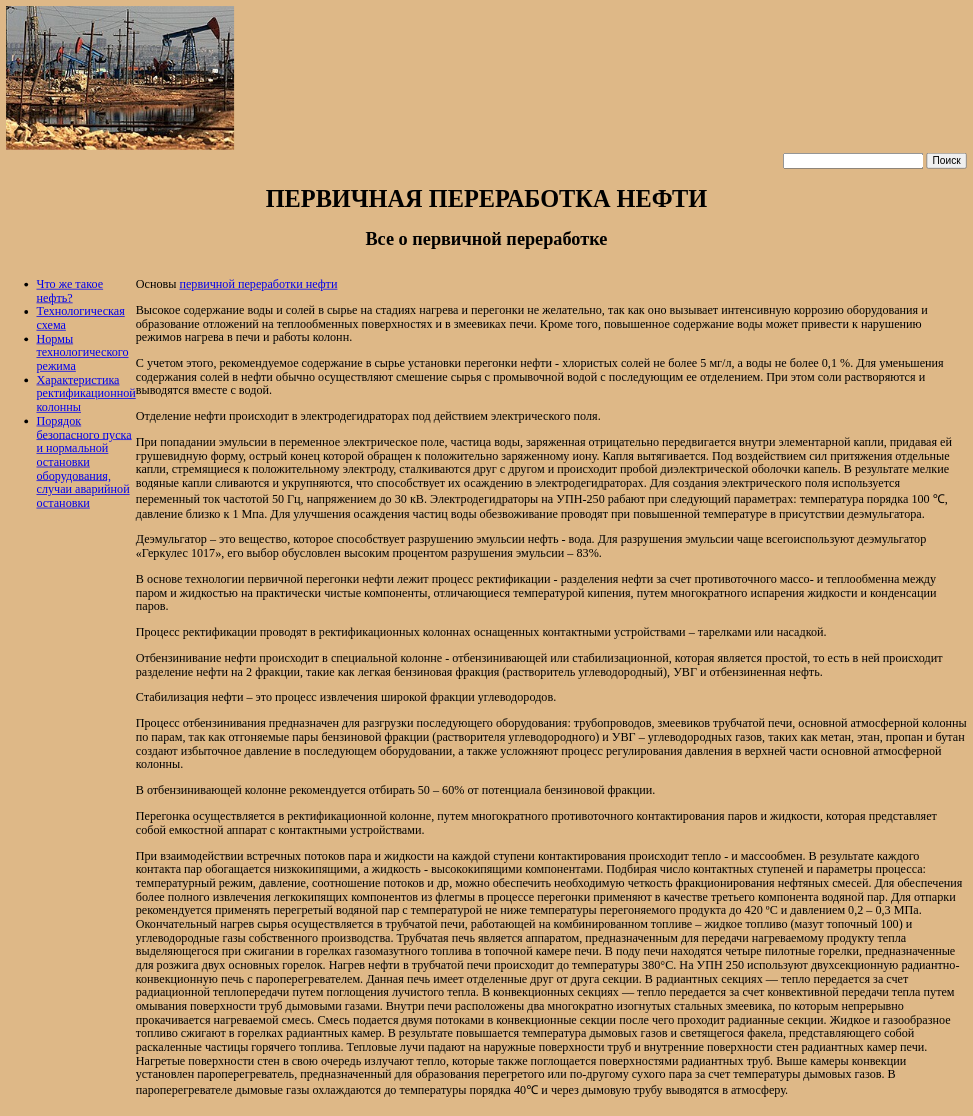
Repository: NastyaSeleznev/NastyaSeleznev.githab.io
Page: week1/index.html
The author's editor kept a record of every edit. The page is drawn from the files as they stood at one moment, then again after the next edit.
The browser window is 1280 px wide. The pictures show the whole page, at 76% of full size.

Above is the page before.

After the next edit:
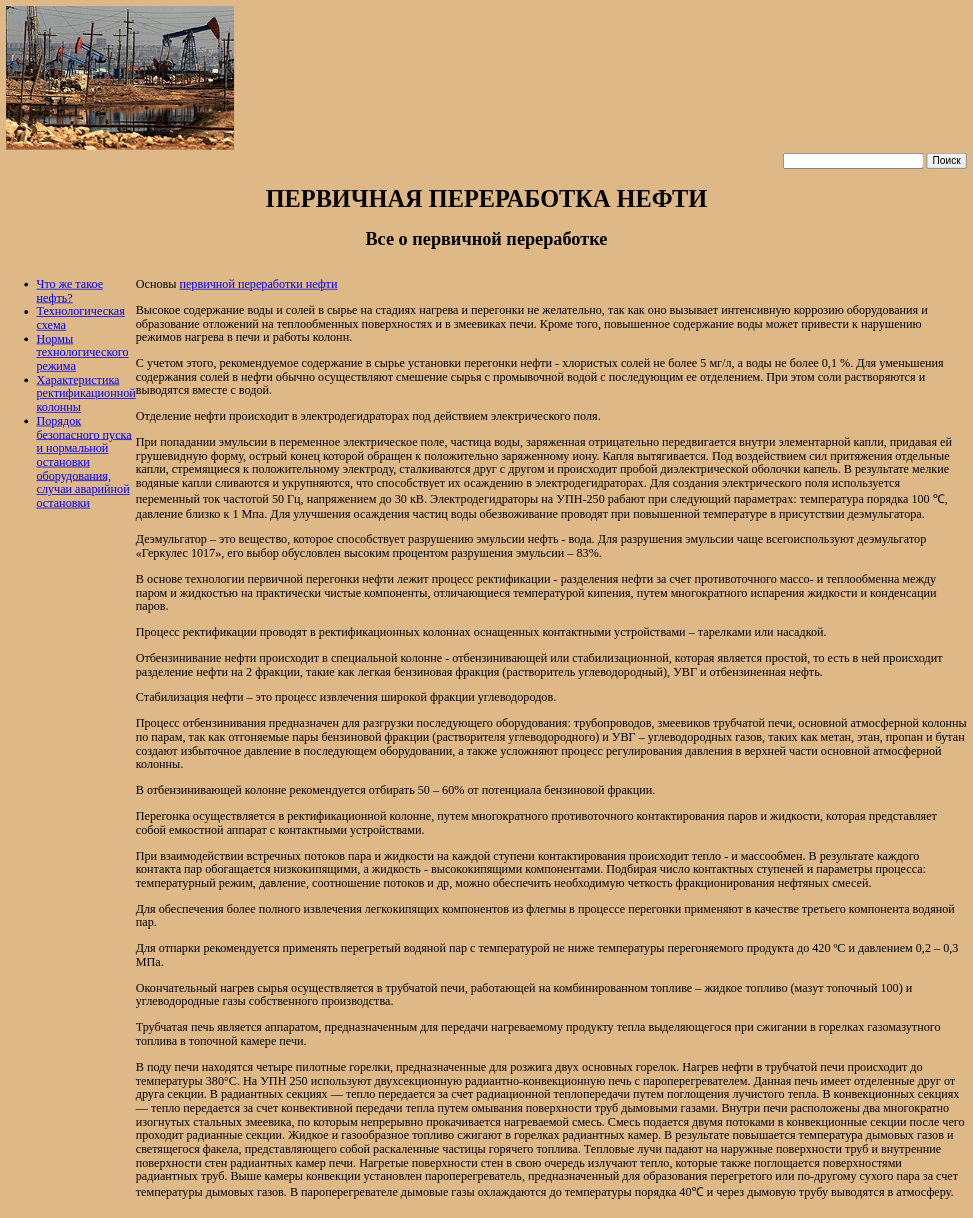
The edit:
--- a/week1/index.html
+++ b/week1/index.html
@@ -44,11 +44,11 @@
 <p>Перегонка осуществляется в ректификационной колонне, путем многократного противоточного контактирования паров и жидкости, которая представляет собой емкостной аппарат с контактными устройствами.
 <p> При взаимодействии встречных потоков пара и жидкости на каждой ступени контактирования происходит тепло - и массообмен. В результате каждого контакта пар обогащается низкокипящими, а жидкость - высококипящими компонентами.
 Подбирая число контактных ступеней и параметры процесса: температурный режим, давление, соотношение потоков и др, можно обеспечить необходимую четкость фракционирования нефтяных смесей.
-Для обеспечения более полного извлечения легкокипящих компонентов из флегмы в процессе перегонки применяют в качестве третьего компонента водяной пар.
-Для отпарки рекомендуется применять перегретый водяной пар с температурой не ниже температуры перегоняемого продукта до 420 ºС и давлением 0,2 – 0,3 МПа.
-Окончательный нагрев сырья осуществляется в трубчатой печи, работающей на комбинированном топливе – жидкое топливо (мазут топочный 100) и углеводородные газы собственного производства.
-Трубчатая печь является аппаратом, предназначенным для передачи нагреваемому продукту тепла выделяющегося при сжигании в горелках  газомазутного топлива в топочной камере печи.
-В поду печи находятся четыре пилотные горелки, предназначенные для розжига двух основных горелок.
+<p>Для обеспечения более полного извлечения легкокипящих компонентов из флегмы в процессе перегонки применяют в качестве третьего компонента водяной пар.
+<p>Для отпарки рекомендуется применять перегретый водяной пар с температурой не ниже температуры перегоняемого продукта до 420 ºС и давлением 0,2 – 0,3 МПа.
+<p>Окончательный нагрев сырья осуществляется в трубчатой печи, работающей на комбинированном топливе – жидкое топливо (мазут топочный 100) и углеводородные газы собственного производства.
+<p>Трубчатая печь является аппаратом, предназначенным для передачи нагреваемому продукту тепла выделяющегося при сжигании в горелках  газомазутного топлива в топочной камере печи.
+<p>В поду печи находятся четыре пилотные горелки, предназначенные для розжига двух основных горелок.
 Нагрев нефти в трубчатой печи происходит до температуры 380°С.
 На УПН 250 используют двухсекционную радиантно-конвекционную печь с пароперегревателем. Данная печь имеет отделенные друг от друга секции. В радиантных секциях — тепло передается за счет радиационной теплопередачи путем поглощения лучистого тепла.
 В конвекционных секциях — тепло передается за счет конвективной передачи тепла путем омывания поверхности труб дымовыми газами.
